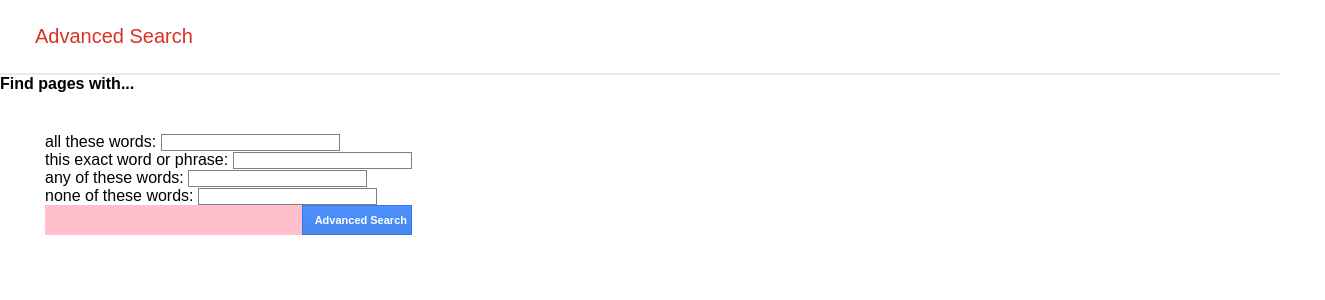
Repository: etentuk/search
Page: advanced_search.html
An editor plug-in stored every save of this project. The page is shown before and after the next save, followed by the edit.
The browser window is 1280 px wide. The page is 1325 px wide, so the pictures cover 1325 px, including what lies to the right of the window. The pictures show the whole page.

Above is the page before, as saved 2021-11-05 00:23:44.

### advanced_search.html
<!DOCTYPE html>
<html lang="en">

<head>
    <title>Advanced Search</title>
    <link rel="stylesheet" href="styles.css">
</head>

<body>
    <div id="title">
        Advanced Search
    </div>
    <hr class="solid" style="border:1px solid #ebebeb;">
    <h4>Find pages with...</h4>
    <div id="form">
        <form action="https://google.com/search" class="form-example">
            <div style="display: table-row;">
                <div class="form-example">
                    <label for="as_q">all these words: </label>
                    <input type="text" id="as_q" name="as_q">
                </div>
                <div class="form-example">
                    <label for="as_epq">this exact word or phrase: </label>
                    <input type="text" id="as_epq" name="as_epq">
                </div>
                <div class="form-example">
                    <label for="as_oq">any of these words: </label>
                    <input type="text" id="as_oq" name="as_oq">
                </div>
                <div class="form-example">
                    <label for="as_eq">none of these words: </label>
                    <input type="text" id="as_eq" name="as_eq">
                </div>
                <div id="submit">
                    <input type="submit" value="Advanced Search">
                </div>
        </form>
    </div>
</body>

</html>

### styles.css
* {
  margin: 0;
  padding: 0;
  box-sizing: border-box;
  font-family: Arial, sans-serif;
}


#title {
  color: #d93025;
  font-size: 20px;
  margin: 25px 35px;
}


#form {
  /* max-width: 1140px; */
  min-width: 100%;
  width: 96%;
  margin: 40px 45px;
}

.form-example {
  width: 100%;
  display: block;
  clear: both;
}

.form-example input {
  /* background-color: rgba(0, 0, 0, 0.8);
  width: 100%;
  border-radius: 2px; */
  border: 1px solid grey;
}

#submit {
  text-align: right;
  background-color: pink;
  width: 100%;
}

#submit input {
  border: 1px solid #3079ed;
  box-shadow: none;
  font-size: 11px;
  font-weight: bold;
  color: #fff;
  padding: 8px 12px;
  width: 30%;
  background-color: #4d90fe;
  background-image: -webkit-linear-gradient(top, #4d90fe, #4787ed);
}

After the next save:
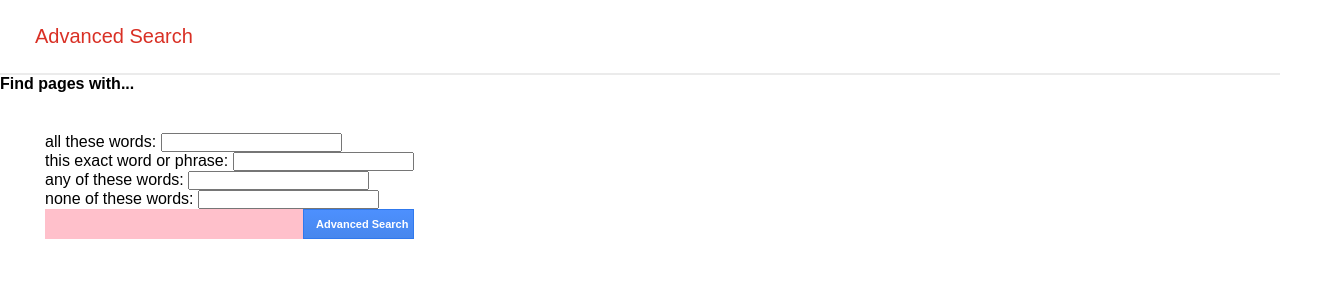
Saved 9 s later.
--- a/styles.css
+++ b/styles.css
@@ -5,32 +5,17 @@
   font-family: Arial, sans-serif;
 }
 
-
 #title {
   color: #d93025;
   font-size: 20px;
   margin: 25px 35px;
 }
 
-
 #form {
   /* max-width: 1140px; */
   min-width: 100%;
   width: 96%;
   margin: 40px 45px;
-}
-
-.form-example {
-  width: 100%;
-  display: block;
-  clear: both;
-}
-
-.form-example input {
-  /* background-color: rgba(0, 0, 0, 0.8);
-  width: 100%;
-  border-radius: 2px; */
-  border: 1px solid grey;
 }
 
 #submit {
